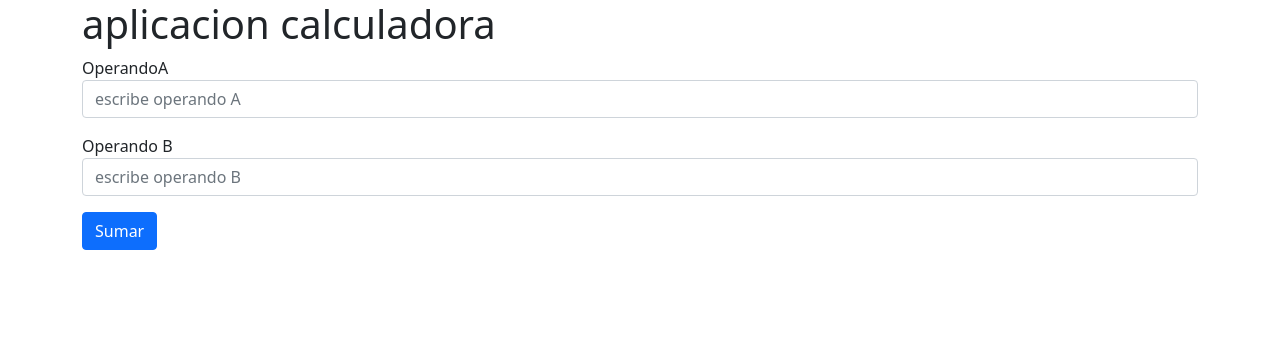
Repository: iwinser117/dw
Page: javascript udemy 43/ejercices/calculadora/index.html
An editor plug-in stored every save of this project. The page is shown before and after the next save, followed by the edit.
The browser window is 1280 px wide. The pictures show the whole page.

Above is the page before, as saved 2022-10-02 11:54:18.

After the next save:
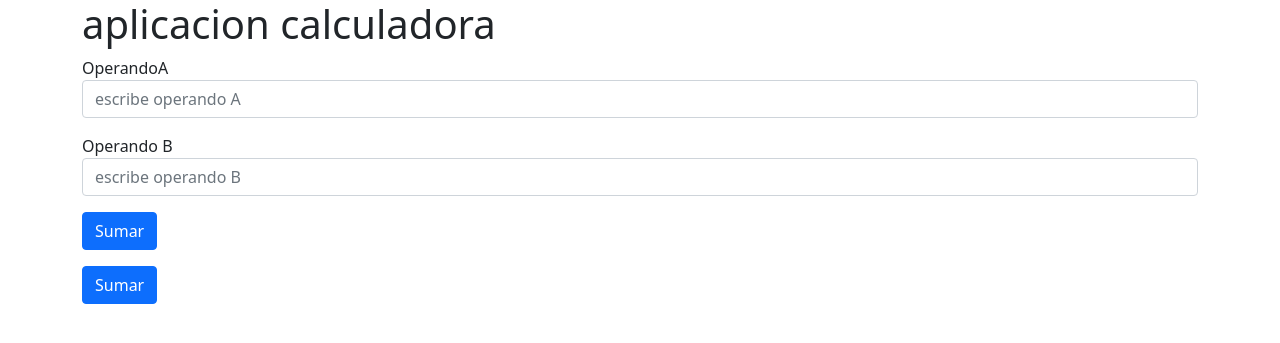
Saved 17 s later.
--- a/javascript udemy 43/ejercices/calculadora/index.html
+++ b/javascript udemy 43/ejercices/calculadora/index.html
@@ -30,6 +30,8 @@
     <button class="btn btn-primary mb-3" onclick="sumar()">Sumar</button>
     <div id="resultado">
 
+        <button class="btn btn-primary mb-3" onclick="sumar()">Sumar</button>
+    <div id="resultado">
     </div>
     </div>
 
